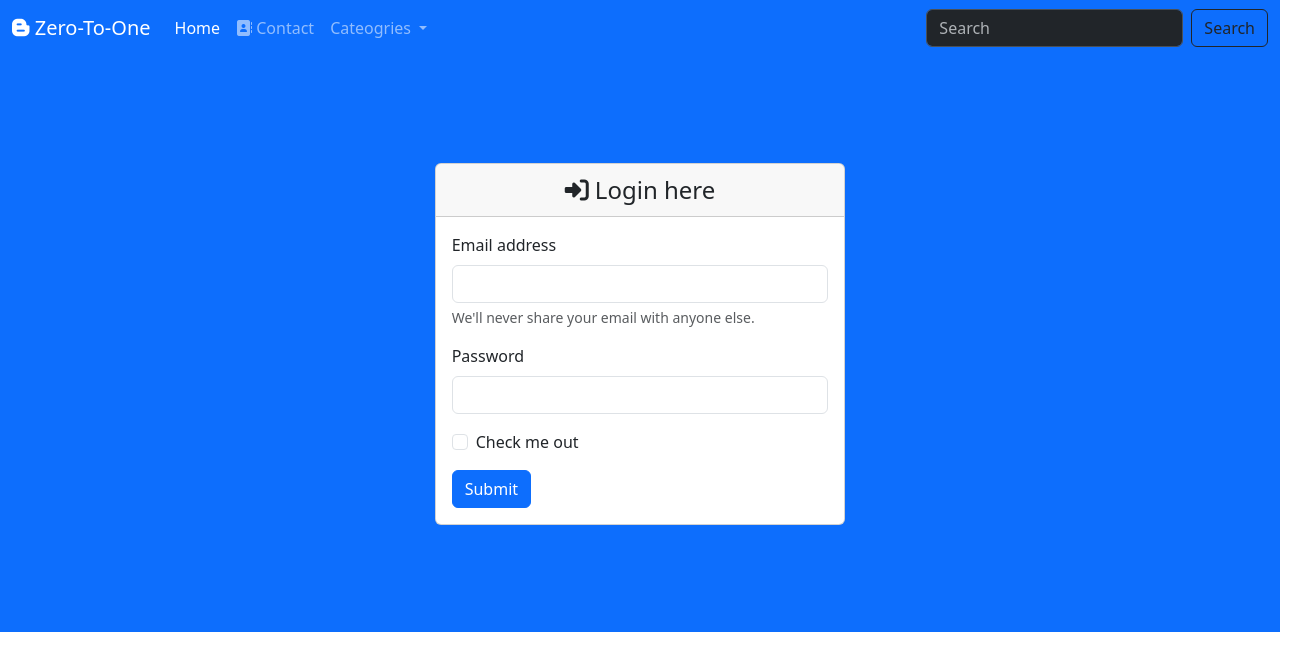
Repository: Gaurav560/PROJECT-ZeroToOne-TechBlog
Page: http://localhost/ZeroToOne/login_page.jsp
These files come from the project's save history. The page is drawn as it stood at one moment and after the next save; the edit follows.
The browser window is 1280 px wide. The page is 1292 px wide, so the pictures cover 1292 px, including what lies to the right of the window. The pictures show the whole page.
Some web libraries are served in a nearby version. The page is served by Tomcat 9. Other server files are loaded and not shown.

Above is the page before, as saved 2023-04-29 10:12:09.

### ZeroToOne/src/main/webapp/login_page.jsp
<%@ page language="java" contentType="text/html; charset=ISO-8859-1"
	pageEncoding="ISO-8859-1"%>
<!DOCTYPE html>
<html>
<head>
<meta charset="ISO-8859-1">
<title>Login Page</title>
<!--  Bootstrap css-->
<link
	href="https://cdn.jsdelivr.net/npm/bootstrap@5.3.0-alpha3/dist/css/bootstrap.min.css"
	rel="stylesheet"
	integrity="sha384-KK94CHFLLe+nY2dmCWGMq91rCGa5gtU4mk92HdvYe+M/SXH301p5ILy+dN9+nJOZ"
	crossorigin="anonymous">
<!--css  -->
<link href="css/style.css" rel="stylesheet" type="text/css" />
<!-- font-awesome -->
<script src="https://kit.fontawesome.com/d52455da93.js"
	crossorigin="anonymous"></script>
</head>
<body>
<!--  navbar starts here-->
<%@include file="indexNavbar.jsp" %>
<!-- navbar ends here -->

<!-- login card starts here -->
	<main class="d-grid align-items-center bg-primary" style="height:80vh">
		<div class="contaier ">
			<div class="row">
				<div class="col-md-4 offset-md-4">
					<div class="card">

						<div class="card-header fs-4 text-center"><i class="fa-solid  fa-right-to-bracket"></i>   Login here</div>
						<div class="card-body">

							<form>
								<div class="mb-3">
									<label for="exampleInputEmail1" class="form-label">Email
										address</label> <input type="email" class="form-control"
										id="exampleInputEmail1" aria-describedby="emailHelp">
									<div id="emailHelp" class="form-text">We'll never share
										your email with anyone else.</div>
								</div>
								<div class="mb-3">
									<label for="exampleInputPassword1" class="form-label">Password</label>
									<input type="password" class="form-control"
										id="exampleInputPassword1">
								</div>
								<div class="mb-3 form-check">
									<input type="checkbox" class="form-check-input"
										id="exampleCheck1"> <label class="form-check-label"
										for="exampleCheck1">Check me out</label>
								</div>
								<button type="submit" class="btn btn-primary">Submit</button>
							</form>
						</div>
					</div>
					<form action="" method="post"></form>
				</div>
			</div>
		</div>

	</main>
<!-- login card ends here -->
















	<!-- jquery cdn -->
	<script src="https://code.jquery.com/jquery-3.6.4.min.js"
		integrity="sha256-oP6HI9z1XaZNBrJURtCoUT5SUnxFr8s3BzRl+cbzUq8="
		crossorigin="anonymous">

	</script>

	<!-- js  -->

	<script
		src="https://cdn.jsdelivr.net/npm/bootstrap@5.3.0-alpha3/dist/js/bootstrap.bundle.min.js"
		integrity="sha384-ENjdO4Dr2bkBIFxQpeoTz1HIcje39Wm4jDKdf19U8gI4ddQ3GYNS7NTKfAdVQSZe"
		crossorigin="anonymous"></script>
	<script src="js/myjs.js" type="text/javascript"></script>

</body>
</html>

### ZeroToOne/src/main/webapp/indexNavbar.jsp
<nav class="navbar navbar-expand-lg  bg-primary dar "   data-bs-theme="dark">
	<div class="container-fluid">

         <a class="navbar-brand" href="index.jsp"><i class="fa-brands fa-blogger-b"></i> Zero-To-One</a>
		<button class="navbar-toggler" type="button" data-bs-toggle="collapse"
			data-bs-target="#navbarSupportedContent"
			aria-controls="navbarSupportedContent" aria-expanded="false"
			aria-label="Toggle navigation">
			<span class="navbar-toggler-icon"></span>
		</button>
		<div class="collapse navbar-collapse" id="navbarSupportedContent">
			<ul class="navbar-nav me-auto mb-2 mb-lg-0">
				<li class="nav-item"><a class="nav-link active"
					aria-current="page" href="#">Home</a></li>
				<li class="nav-item"><a class="nav-link" href="#"><i class="fa-solid fa-address-book"></i> Contact</a></li>
				<li class="nav-item dropdown"><a
					class="nav-link dropdown-toggle" href="#" role="button"
					data-bs-toggle="dropdown" aria-expanded="false">Cateogries </a>
					<ul class="dropdown-menu">
						<li><a class="dropdown-item" href="#">Action</a></li>
						<li><a class="dropdown-item" href="#">Another action</a></li>
						<li><hr class="dropdown-divider"></li>
						<li><a class="dropdown-item" href="#">Something else here</a></li>
					</ul></li>

			</ul>
			<form class="d-flex" role="search">
				<input class="form-control me-2" type="search" placeholder="Search"
					aria-label="Search">
				<button class="btn btn-outline-dark" type="submit">Search</button>
			</form>
		</div>
	</div>
</nav>

### ZeroToOne/src/main/webapp/css/style.css
.bg-dar{

	padding:14px;
}
.jumbo{
	padding:60px;
}
.banner-background{
clip-path: polygon(30% 0%, 70% 0%, 100% 0, 100% 91%, 77% 88%, 36% 94%, 0 90%, 0 0);



}

Loaded but not shown: ZeroToOne/ZeroToOne/js/myjs.js (no stored copy; drawn as an empty file)

After the next save:
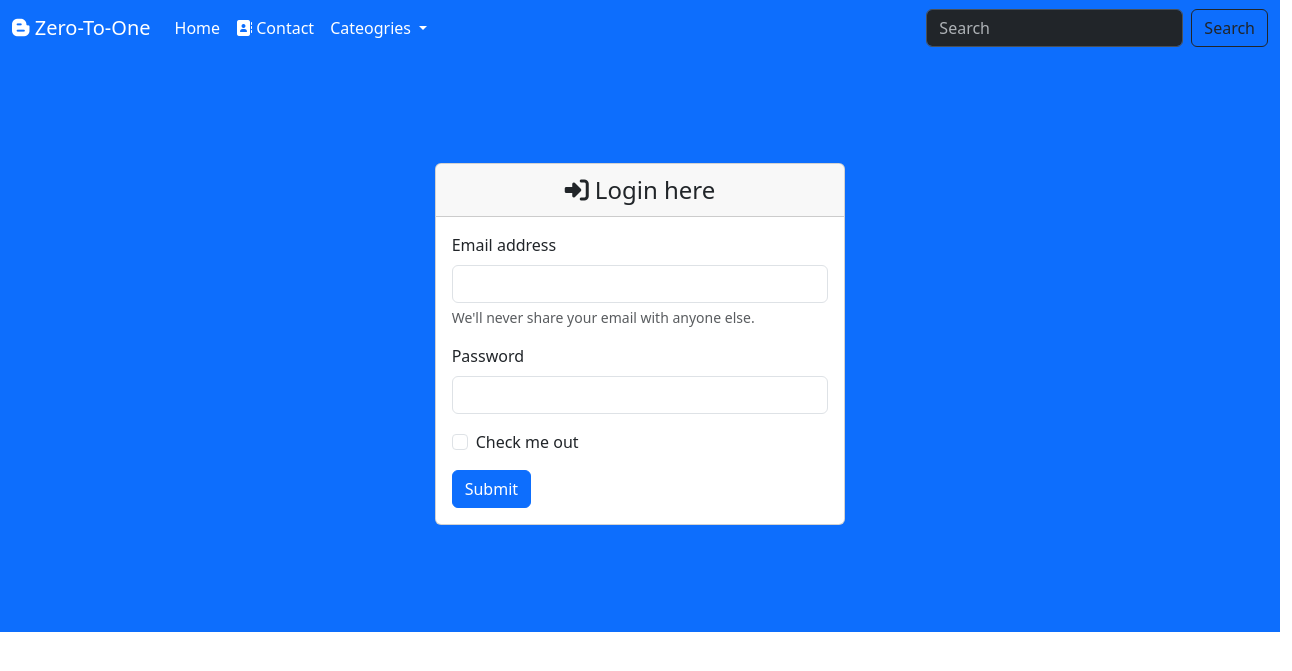
Saved 2 min 3 s later.
--- a/ZeroToOne/src/main/webapp/indexNavbar.jsp
+++ b/ZeroToOne/src/main/webapp/indexNavbar.jsp
@@ -12,12 +12,12 @@
 			<ul class="navbar-nav me-auto mb-2 mb-lg-0">
 				<li class="nav-item"><a class="nav-link active"
 					aria-current="page" href="#">Home</a></li>
-				<li class="nav-item"><a class="nav-link" href="#"><i class="fa-solid fa-address-book"></i> Contact</a></li>
+				<li class="nav-item"><a class="nav-link active" href="#"><i class="fa-solid fa-address-book"></i> Contact</a></li>
 				<li class="nav-item dropdown"><a
-					class="nav-link dropdown-toggle" href="#" role="button"
+					class="nav-link dropdown-toggle active" href="#" role="button"
 					data-bs-toggle="dropdown" aria-expanded="false">Cateogries </a>
 					<ul class="dropdown-menu">
-						<li><a class="dropdown-item" href="#">Action</a></li>
+						<li><a class="dropdown-item " href="#">Action</a></li>
 						<li><a class="dropdown-item" href="#">Another action</a></li>
 						<li><hr class="dropdown-divider"></li>
 						<li><a class="dropdown-item" href="#">Something else here</a></li>
